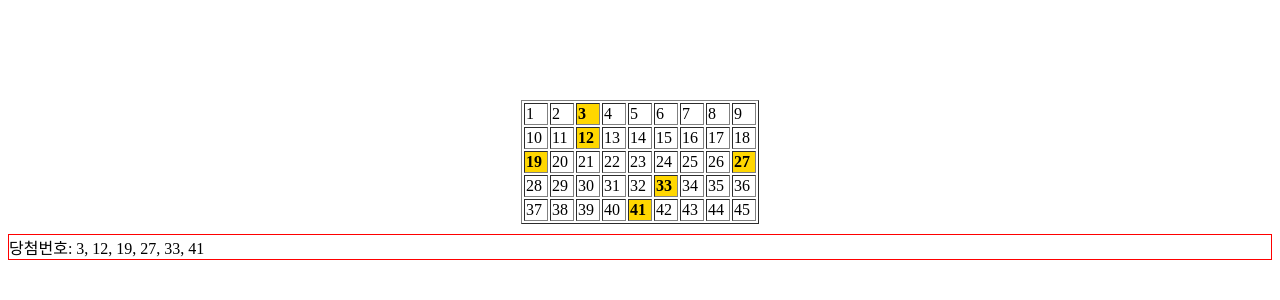
Repository: kkw3202/Jsp2026
Page: http://localhost/chapter01/example_lotto.jsp
The author's editor kept a copy of each file at every save. The page is drawn from the files as they stood at one save, then again after the next save.
The browser window is 1280 px wide. The pictures show the whole page.
The page is served by Tomcat 9.

Above is the page before, as saved 2026-10-16 06:39:01.

After the next save:
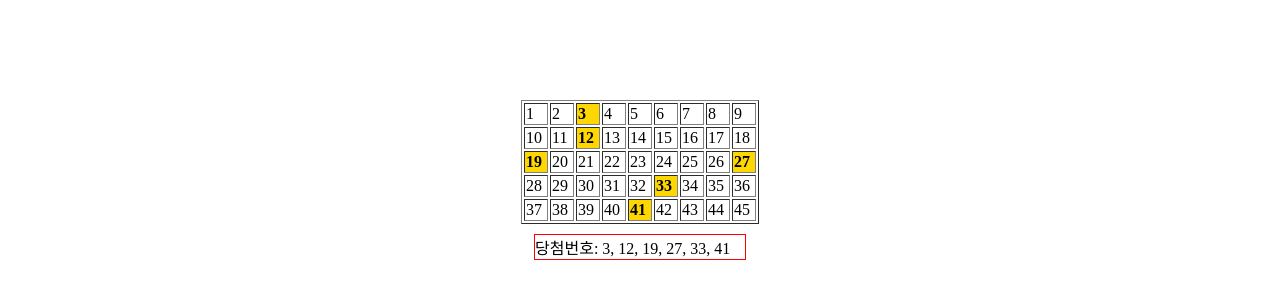
Saved 12 s later.
--- a/chapter01/src/main/webapp/example_lotto.jsp
+++ b/chapter01/src/main/webapp/example_lotto.jsp
@@ -37,7 +37,7 @@
 			%>
 		</tbody>
 	</table>
-	<p style="display:block; margin: 0px auto; width: fit-contents ; border: 1px solid red">당첨번호:
+	<p style="display:block; margin: 0px auto; width: 210px ; border: 1px solid red">당첨번호:
 	<%
 	for(int i =0; i<winNums.length; i++) {
 		if(i!=winNums.length-1) out.print(winNums[i] + ", ");
